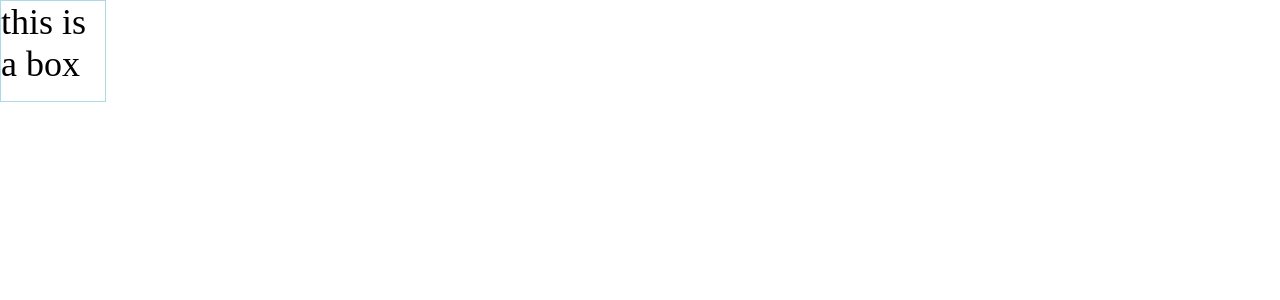
Repository: Jhin7782/HBuilder-Projects
Page: _lib/frame/移动端适配/fontSize.html
These files come from the project's save history. The page is drawn as it stood at one moment and after the next save; the edit follows.
The browser window is 1280 px wide. The pictures show the whole page.

Above is the page before, as saved 2017-06-04 01:03:29.

### _lib/frame/移动端适配/fontSize.html
<!DOCTYPE html>
<html>

	<head>
		<meta charset="UTF-8">
		<title></title>
		<style type="text/css">
			* {
				margin: 0;
				padding: 0;
			}
			#box {
				width: 2.9rem;
				height: 100px;
				border: 1px solid lightblue;
			}
		</style>
	</head>

	<body>
		<div id="box">
			this is a box
		</div>

		<script type="text/javascript">
			var docEle = document.documentElement;

			function calcSize() {
				var docEle_cw = docEle.clientWidth;
				docEle.style.fontSize = 0.05 * (docEle_cw >= 720 ? 720 : docEle_cw) + "px";
				console.log(docEle_cw);
			}

			window.onload = function() {
				calcSize();
			}
			window.onresize = function() {
				calcSize();
			}
		</script>
	</body>

</html>

After the next save:
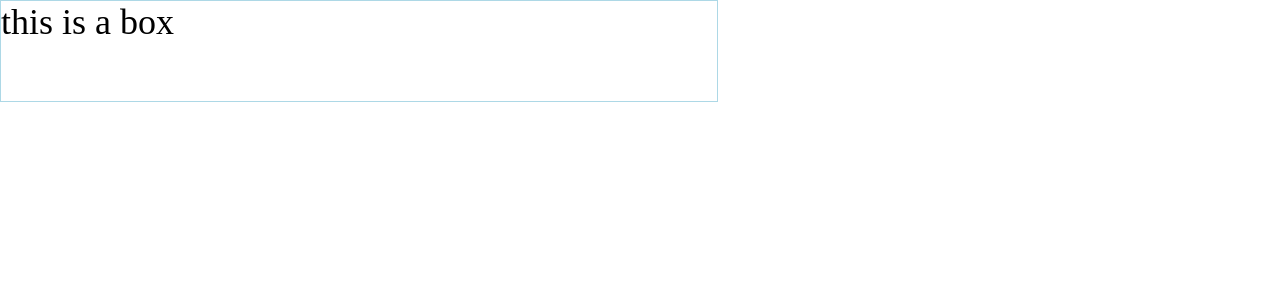
Saved 4 s later.
--- a/_lib/frame/移动端适配/fontSize.html
+++ b/_lib/frame/移动端适配/fontSize.html
@@ -10,7 +10,7 @@
 				padding: 0;
 			}
 			#box {
-				width: 2.9rem;
+				width: 19.9rem;
 				height: 100px;
 				border: 1px solid lightblue;
 			}
